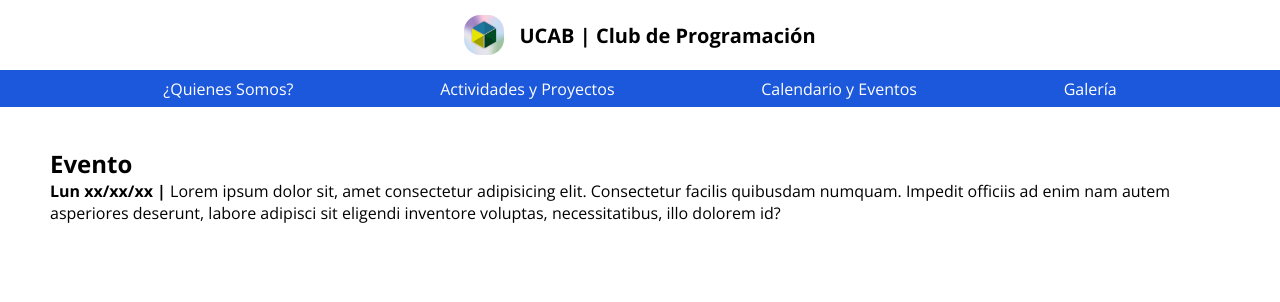
Repository: LuisR404/LandingPage
Page: Pages/CalendarioYEventos.html
These files come from the project's save history. The page is drawn as it stood at one moment and after the next save; the edit follows.
The browser window is 1280 px wide. The pictures show the whole page.

Above is the page before, as saved 2025-11-24 14:27:44.

### Pages/CalendarioYEventos.html
<!DOCTYPE html>
<html lang="es">
<head>
    <meta charset="UTF-8">
    <meta name="viewport" content="width=device-width, initial-scale=1.0">
    <link rel="stylesheet" href="../Styles/CommonStyles.css">   <!-- ESTILOS GENERALES -->
    <link rel="stylesheet" href="../Styles/CalendarioYEventos.css">     <!-- ESTILOS DE LA PÁGINA -->
    <title>Document</title>
</head>
<body>
    <!-- TITULO -->
    <section class="header">
        <img src="../resources/club_icon.jpg" alt="" id="header-logo">
        <h1>UCAB | Club de Programación</h1>
    </section>

    <!-- NAV BAR -->
    <nav class="header-nav">
        <ul>
            <li><a href="./QuienesSomos.html">¿Quienes Somos?</a></li>
            <li><a href="./ActividadesYProyectos.html">Actividades y Proyectos</a></li>
            <li><a href="./CalendarioYEventos.html">Calendario y Eventos</a></li>
            <li><a href="./Galeria.html">Galería</a></li>
        </ul>
    </nav>

    <section class="eventos">
        <div id="eventos-container">
            <div class="evento">
                <h2>Evento</h2>
                <p><b>Lun xx/xx/xx | </b>Lorem ipsum dolor sit, amet consectetur adipisicing elit. Consectetur facilis quibusdam numquam. Impedit officiis ad enim nam autem asperiores deserunt, labore adipisci sit eligendi inventore voluptas, necessitatibus, illo dolorem id?</p>
            </div>
        </div>
    </section>
</body>
</html>

### Styles/CommonStyles.css
/* ============ ESTILOS DE PAGINA ============ */
@import url('https://fonts.googleapis.com/css2?family=Open+Sans:wght@400;700&display=swap');

* {
    font-family: 'Open sans', sans-serif;
    margin: 0;
}

.item {
    border: 1px solid rgba(255, 255, 255, 0.25);
    box-sizing: border-box;
    box-shadow: inset 0px 0px 3.5px rgba(255, 255, 255, 0.5), 3px 5px 10px rgba(0, 0, 0, 0.4);
    /* box-shadow:  */
}

img {
    max-width: 100% ;
}

button:hover {
    cursor: pointer;
    scale: 110%;
}

/* ============ HEADER ============ */
.header {
    display: flex;
    justify-content: center;
    align-items: center;

    padding-top: 15px;
    padding-bottom: 15px;
}

.header h1 {  /* ------> titulo */
    font-size: clamp(17px, 4vw, 20px);
    white-space: nowrap;

    margin-left: 15px;
}

#header-logo {  /* ------> logo */
    width: clamp(32px, 7vw, 40px);
    height: clamp(32px, 7vw, 40px);

    border-radius: 40%;
}

/* ========== NAV BAR ========== */
.header-nav {
    display: flex;
    justify-content: center;

    padding-top: 7.5px;
    padding-bottom: 7.5px;


    background-color: #1C58DB;
}

.header-nav ul {  /* ------> lista */
    display: flex;
    flex-direction: row;
    justify-content: space-around;

    width: 1100px;

    padding: 0;

    list-style: none;
}

.header-nav ul li a {  /* ------> links */
    text-decoration: none;
    color: white;
}

### Styles/CalendarioYEventos.css
img {
    width: 150px;
}

.eventos {
    padding: 40px 50px;

    max-width: 100%;
}

.evento h3 {
    margin-bottom: 40px;
}

After the next save:
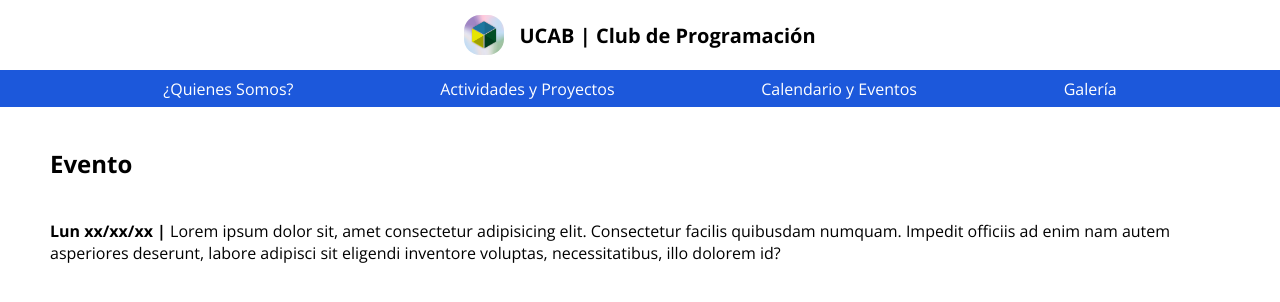
Saved 21 s later.
--- a/Styles/CalendarioYEventos.css
+++ b/Styles/CalendarioYEventos.css
@@ -8,6 +8,6 @@ img {
     max-width: 100%;
 }
 
-.evento h3 {
+.evento h2 {
     margin-bottom: 40px;
 }
